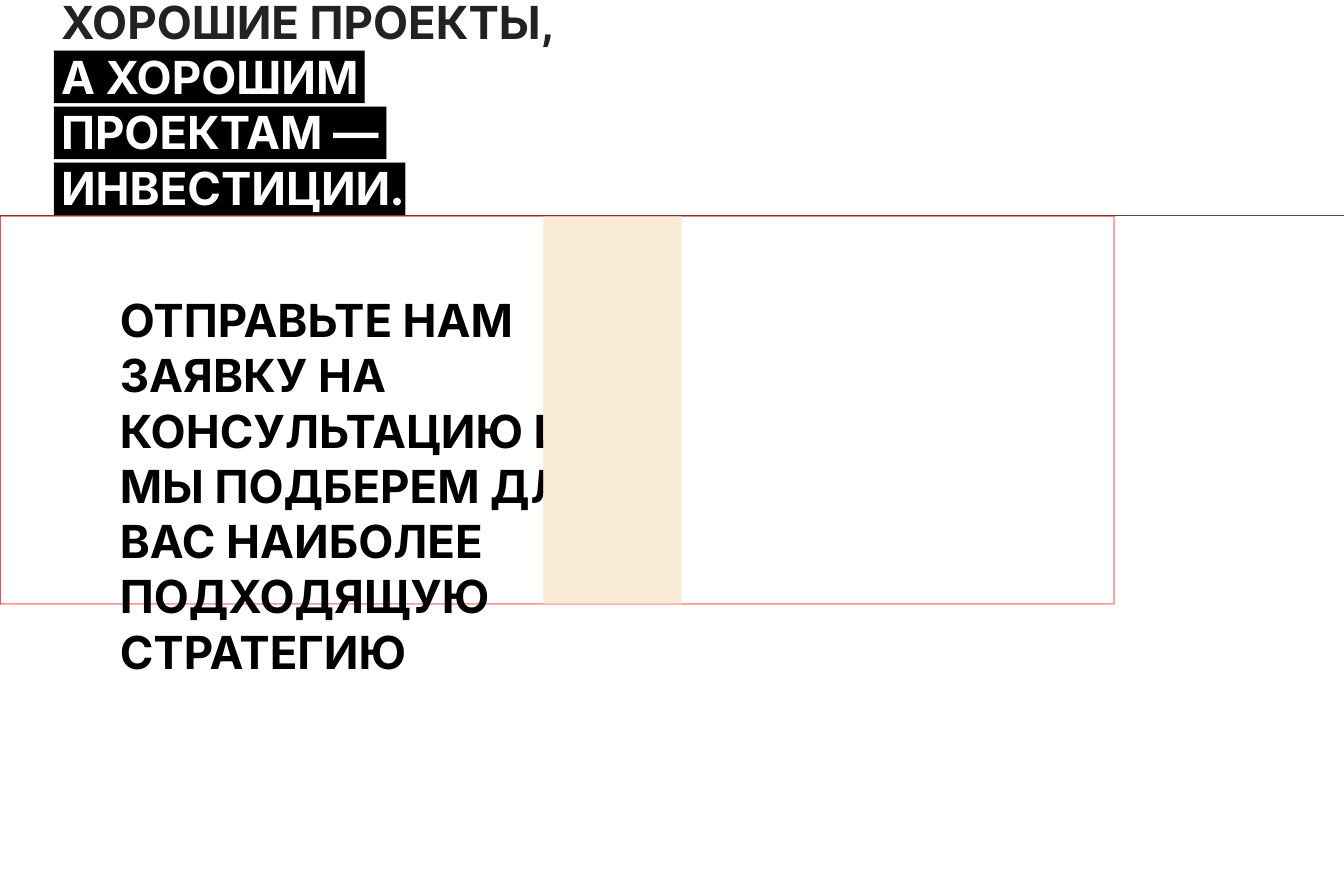
Repository: NadyaKorvin/frontiers
Page: /
The author's editor kept a copy of each file at every save. The page is drawn from the files as they stood at one save, then again after the next save.
The browser window is 1280 px wide. The page is 1920 px wide, so the pictures cover 1920 px, including what lies to the right of the window. The pictures show the part of the page from y = 1245 to 2525 px (the page is 2634 px tall), at 70% of full size.
The project was rebuilt for these pictures with package versions that can differ from the ones it lists, and the page was loaded fresh each time.

Above is the page before, as saved 2022-05-23 13:47:26.

After the next save:
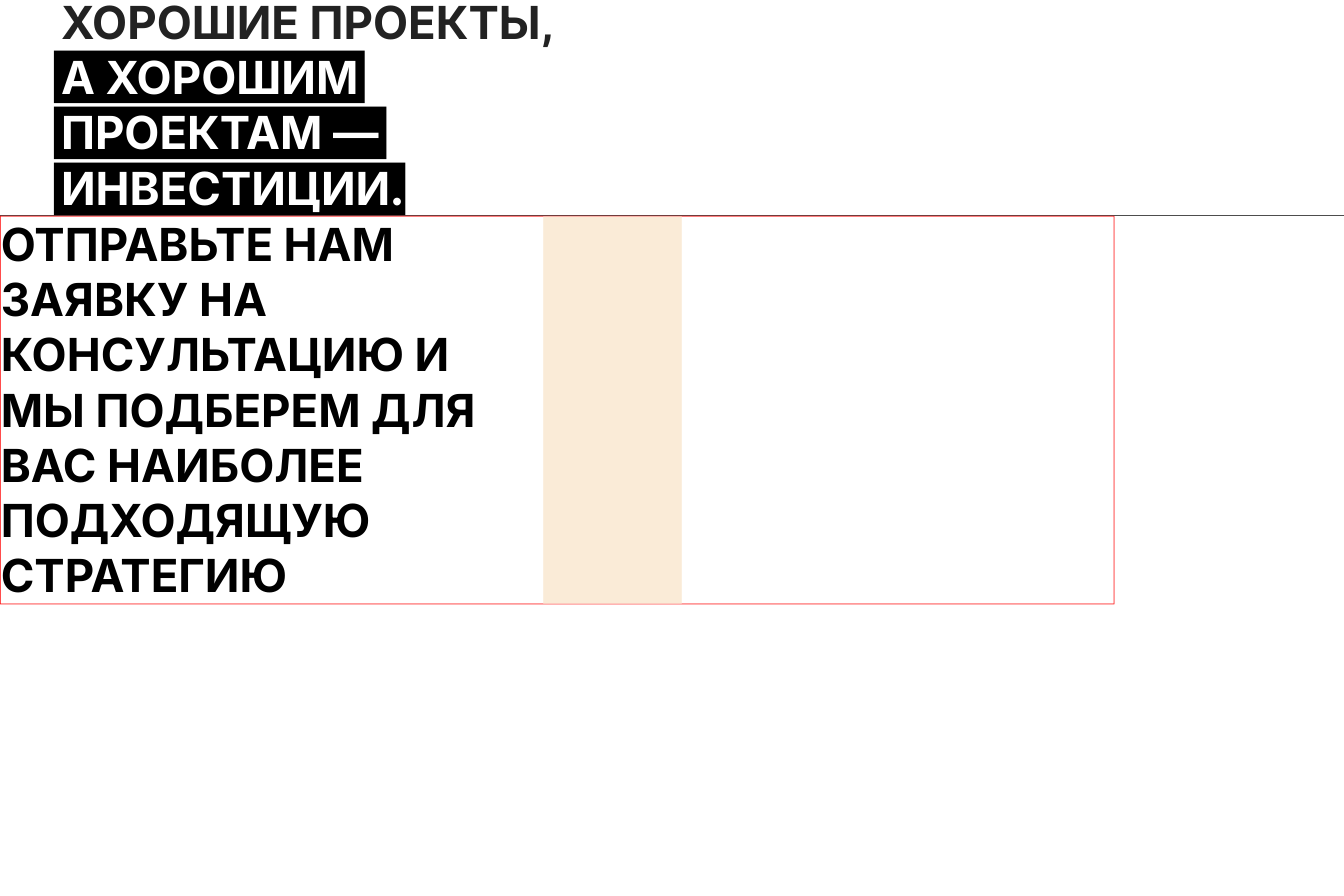
Saved 46 s later.
--- a/src/components/lastScreen/LastScreen.module.css
+++ b/src/components/lastScreen/LastScreen.module.css
@@ -15,8 +15,8 @@
   position: relative;
   width: 775px;
   height: 553px;
-  top: 109px;
-  left: 170px;
+  /* top: 109px; */
+  /* left: 170px; */
   box-sizing: border-box;
   font-family: "Inter";
   font-style: normal;
